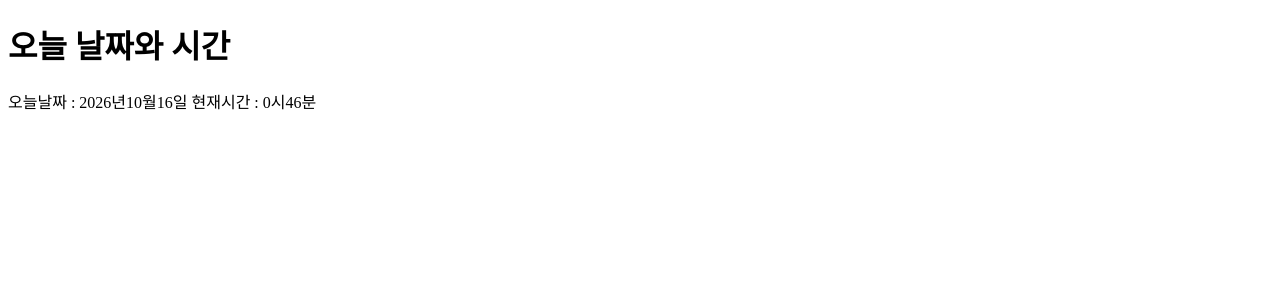
Repository: hyeongu135-ui/Jsp2026
Page: http://localhost/chapter01/test03.jsp
These files come from the project's save history. The page is drawn as it stood at one moment and after the next save; the edit follows.
The browser window is 1280 px wide. The pictures show the whole page.
The page is served by Tomcat 9.

Above is the page before, as saved 2026-10-16 02:48:00.

After the next save:
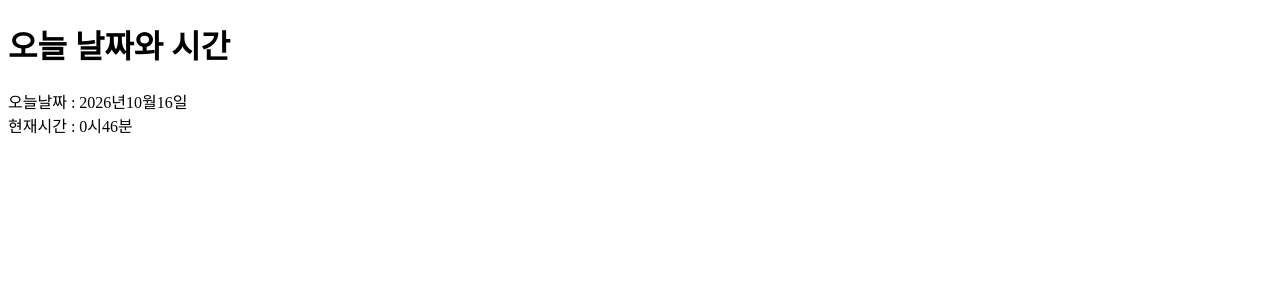
Saved 11 s later.
--- a/chapter01/src/main/webapp/test03.jsp
+++ b/chapter01/src/main/webapp/test03.jsp
@@ -16,7 +16,7 @@
 	int hour = today.getHours();
 	int minute = today.getMinutes();
 	%>
-	오늘날짜 : <%=year+"년"+month+"월"+day+"일" %>
+	오늘날짜 : <%=year+"년"+month+"월"+day+"일" %></br>
 	현재시간 : <%=hour+"시"+minute+"분" %>
 </body>
 </html>
